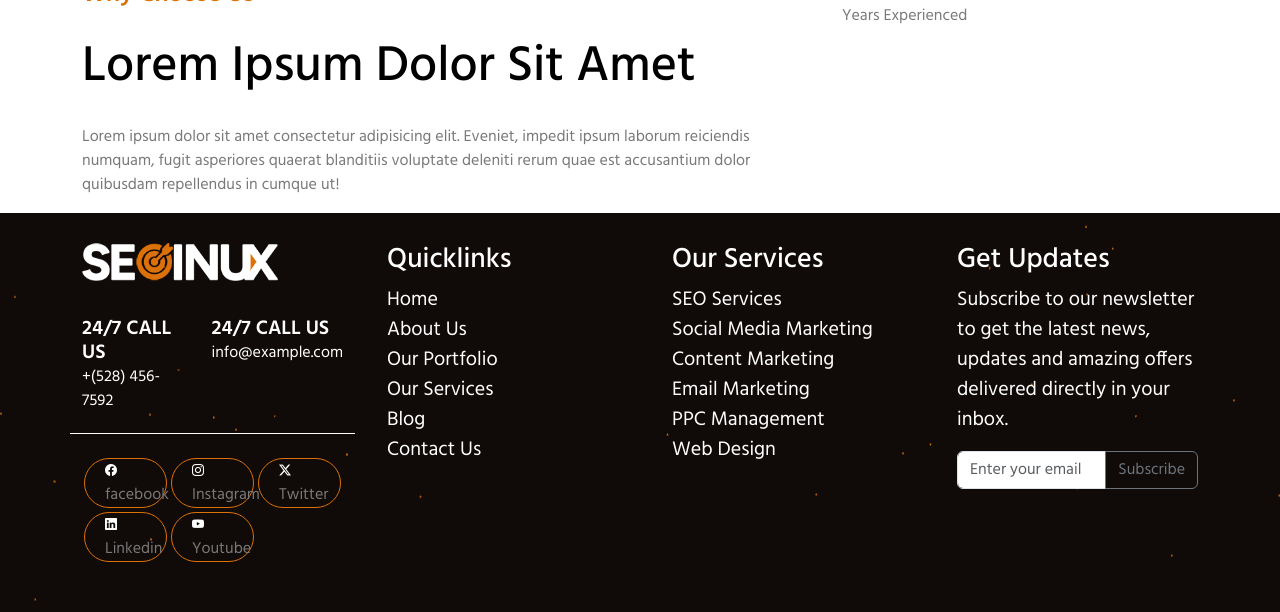
Repository: tagnam/seoinox
Page: about.html
An editor plug-in stored every save of this project. The page is shown before and after a run of saves, followed by the edit.
The browser window is 1280 px wide. The pictures show the part of the page from y = 3019 to 3631 px (the page is 3631 px tall).
A picture or video elsewhere on the page could not be fetched, so the positions and the page height are approximate. Backgrounds fixed to the window are drawn as part of the page.

Above is the page before, as saved 2025-02-26 11:05:43.

After the next 2 saves:
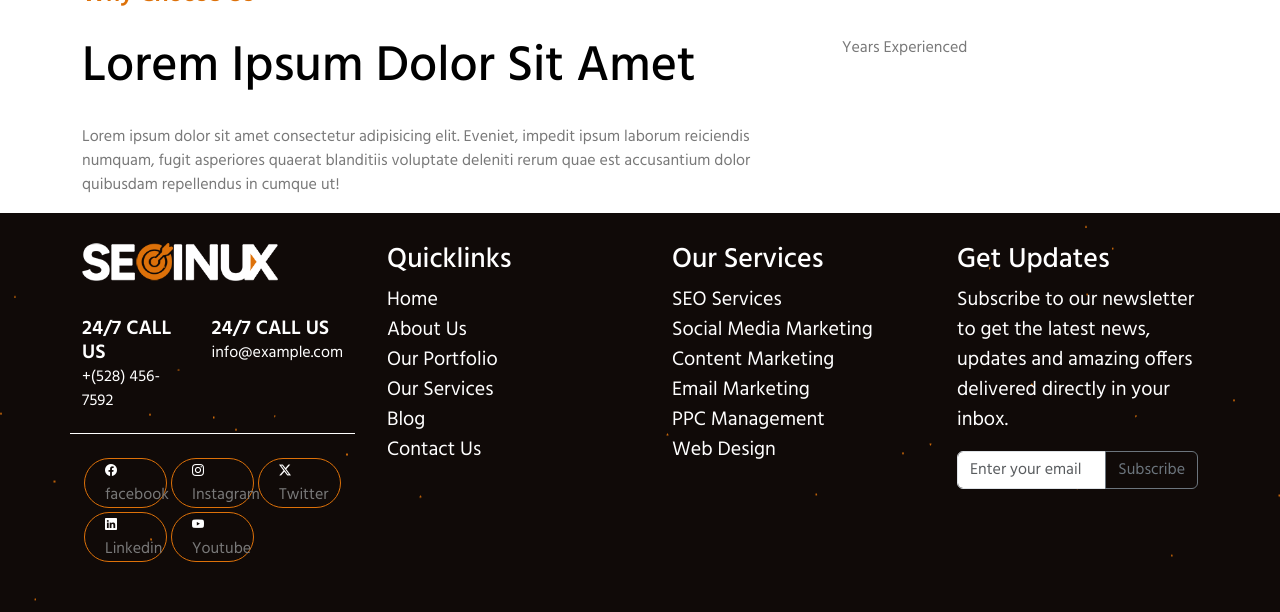
The 2 saves are shown as one change because they came seconds apart.
The last was saved 29 s later.
--- a/style/css/style.css
+++ b/style/css/style.css
@@ -518,6 +518,15 @@ div.service-card{
 color: #DD7109;
     transition: all 0.3s;
 }
+
+
+.exp-title{
+    font-size: 30px;
+    font-weight: 600;
+    color: #ffffff;
+    margin-top: 20px;
+    transition: all 0.3s;
+}
 /* <!--====================================== end about page  ============================--> */
 
 
